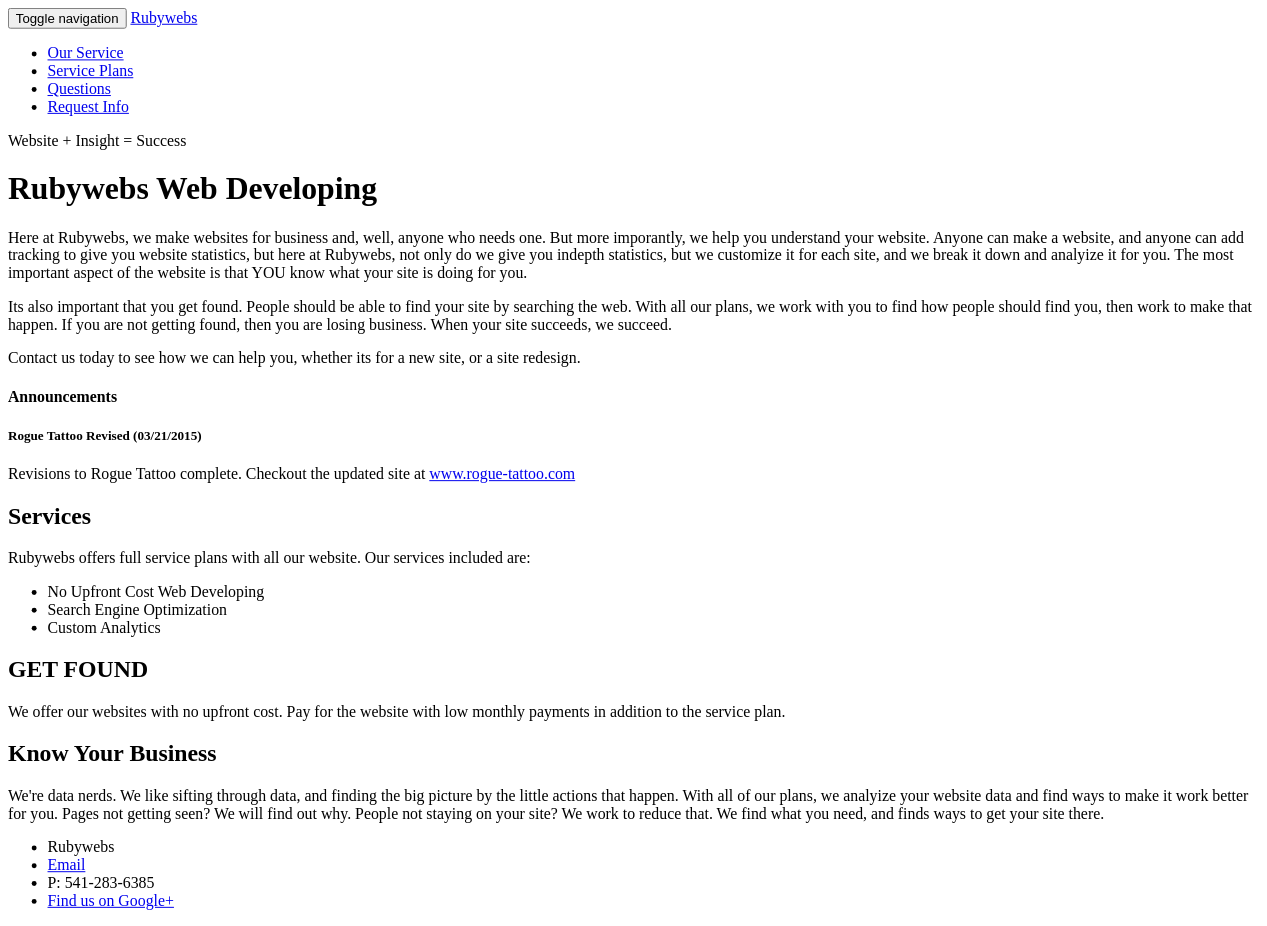
Repository: nlblunt/rubywebs
Page: app/assets/javascripts/html/index.html
The author's editor kept a record of every edit. The page is drawn from the files as they stood at one moment, then again after the next edit.
The browser window is 1280 px wide. The pictures show the whole page, at 99% of full size.

Above is the page before.

After the next edit:
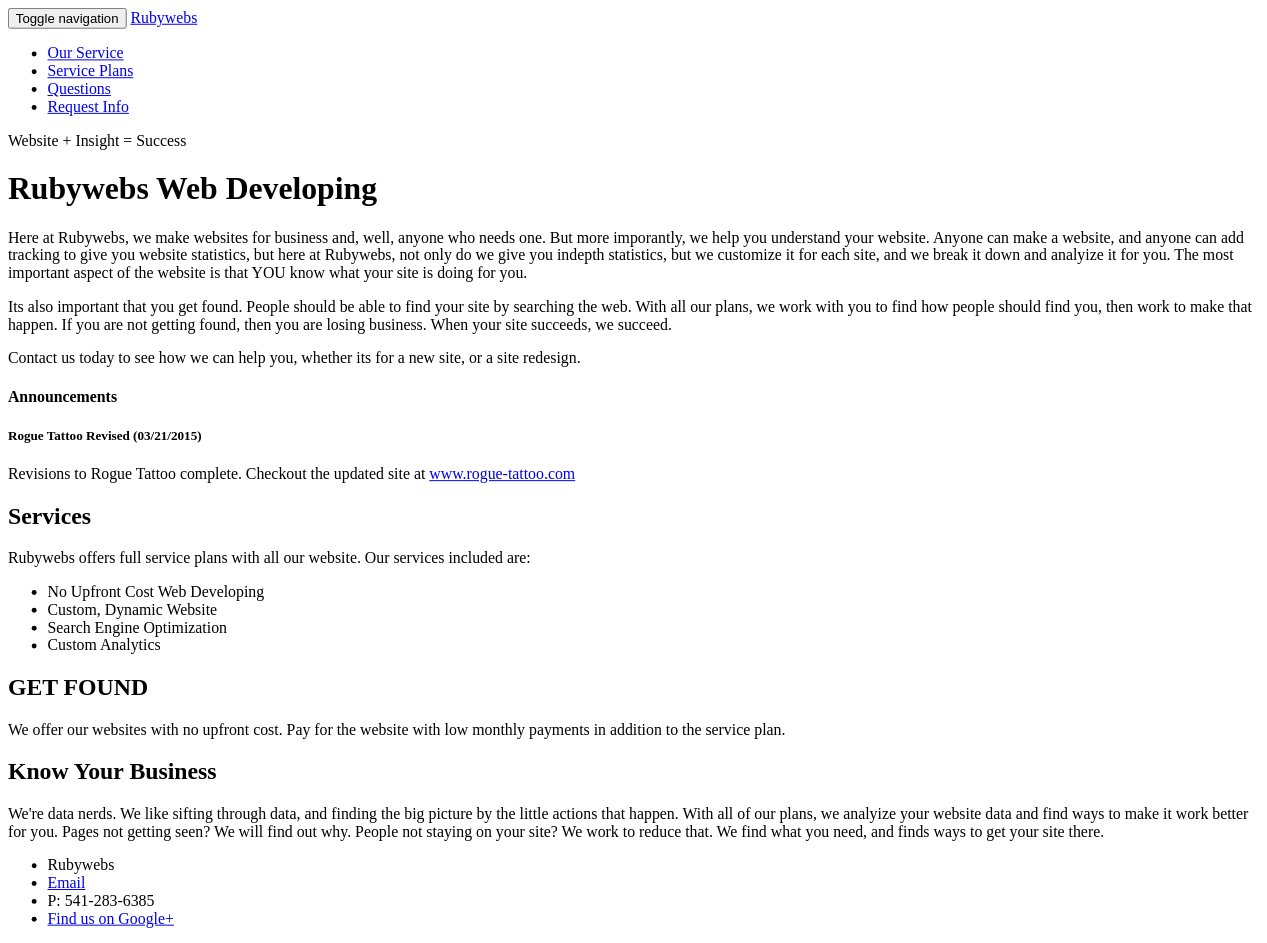
The edit:
--- a/app/assets/javascripts/html/index.html
+++ b/app/assets/javascripts/html/index.html
@@ -65,6 +65,7 @@
         <p>Rubywebs offers full service plans with all our website.  Our services included are:</p>
         <ul>
           <li>No Upfront Cost Web Developing</li>
+          <li>Custom, Dynamic Website</li>
           <li>Search Engine Optimization</li>
           <li>Custom Analytics</li>
         </ul>
